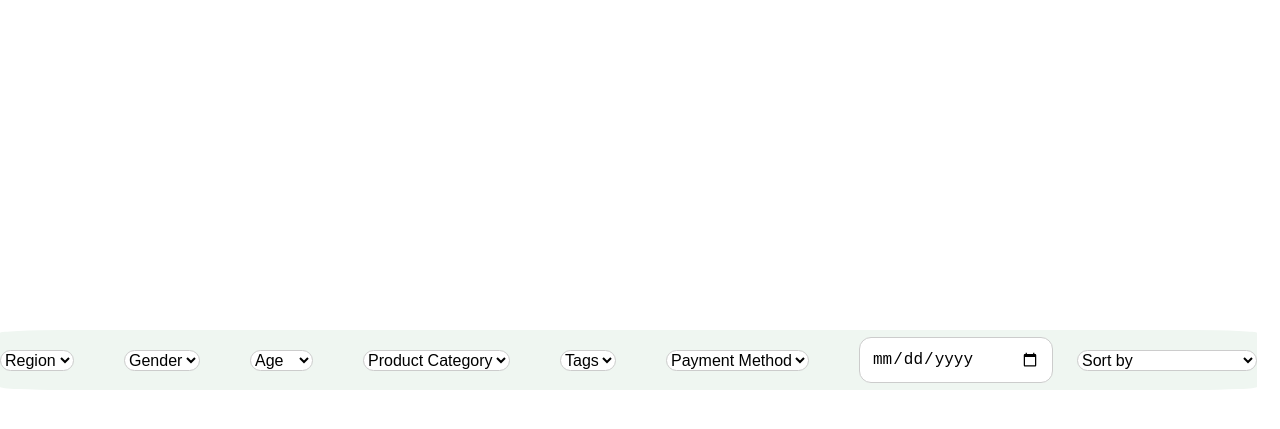
Repository: SandeepYadav18717/TruEstae
Page: / (app in TruEstae/)
An editor plug-in stored every save of this project. The page is shown before and after the next save, followed by the edit.
The browser window is 1280 px wide. The pictures show the whole page.
The project was rebuilt for these pictures with package versions that can differ from the ones it lists, and the page was loaded fresh each time. Also part of the build but not shown: TruEstae/vite.config.js, TruEstae/src/App.css, TruEstae/src/Styles/Logo.css, TruEstae/src/Pages/Logo.jsx, TruEstae/src/Styles/search_bar.css, TruEstae/src/components/search_bar.jsx.

Above is the page before, as saved 2025-12-07 01:19:59.

After the next save:
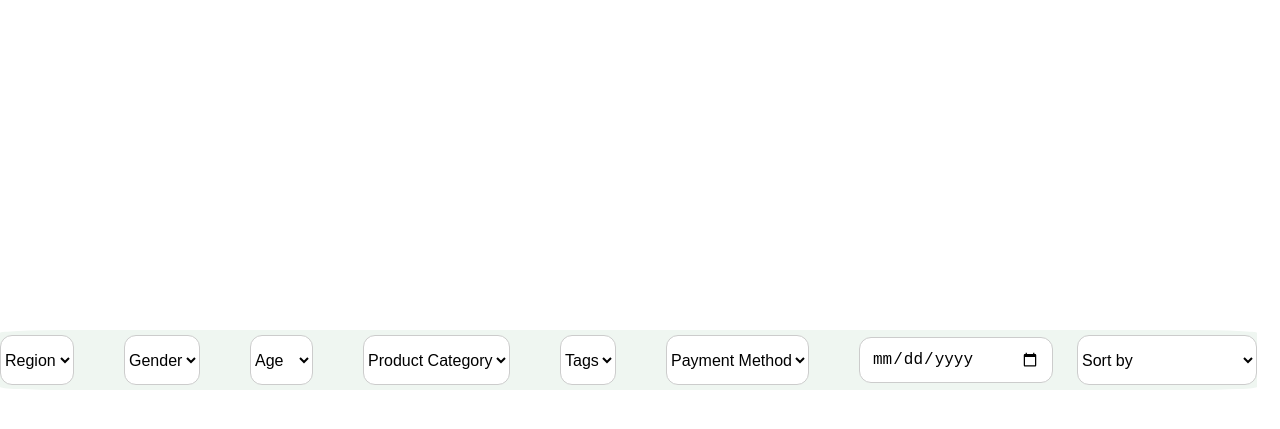
Saved 4 s later.
--- a/TruEstae/src/Styles/Home.css
+++ b/TruEstae/src/Styles/Home.css
@@ -14,7 +14,7 @@
 /* All dropdowns */
 select {
   width: 100%;
-  height: ;
+  height: 50px;
 
   border-radius: 12px;       /* curved corners */
   border: 1px solid #ccc;
